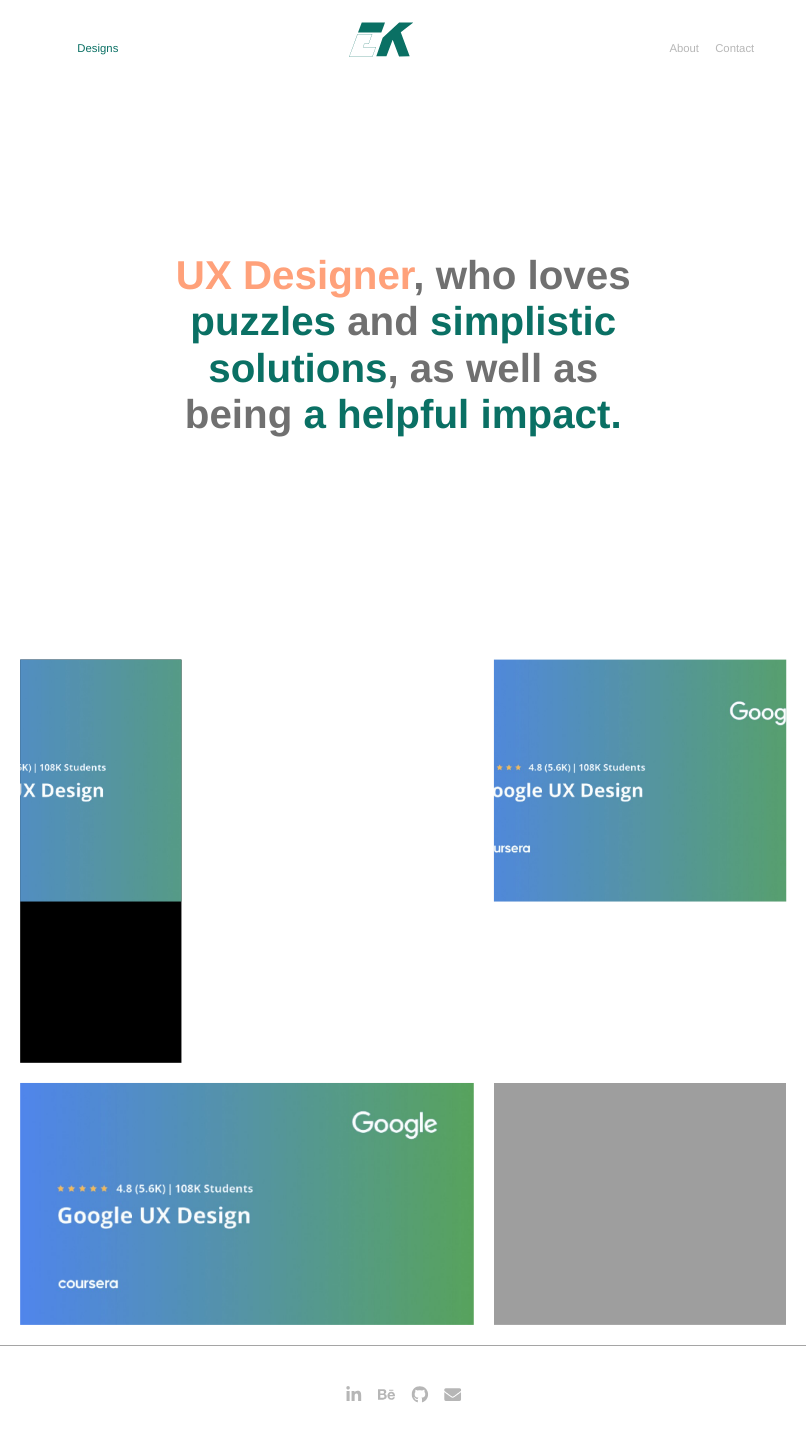
Repository: Kudom-E/Kudom-E.github.io
Page: /#/designs
These files come from the project's save history. The page is drawn as it stood at one moment and after the next save; the edit follows.
The browser window is 1280 px wide. The pictures show the whole page, at 63% of full size.
Pictures or frames that could not be fetched are drawn as grey boxes. The project was rebuilt for these pictures with package versions that can differ from the ones it lists, and the page was loaded fresh each time. Also part of the build but not shown: next.config.js, src/Pages/Splash/Splash.js, src/Pages/About/About.js, src/Pages/Contact/Contact.js, src/Pages/Project/Project.js, src/App.css.

Above is the page before, as saved 2022-03-31 21:57:59.

After the next save:
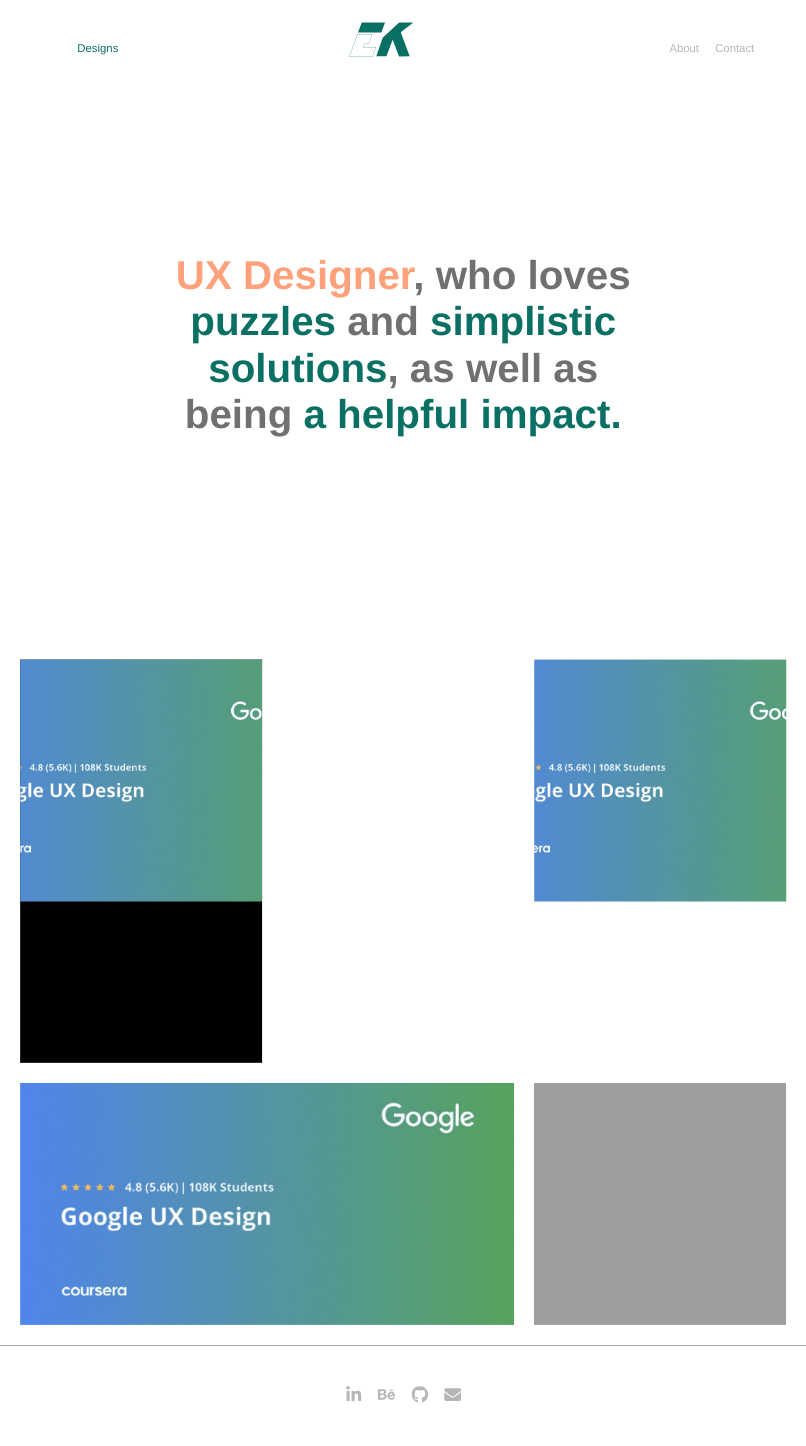
Saved 10 s later.
--- a/src/Pages/Pages.css
+++ b/src/Pages/Pages.css
@@ -96,7 +96,7 @@
     opacity: 1;
     background-color: var(--dark);
     height: 50vw;
-    width: 20vw;
+    width: 30vw;
 
 }
 
